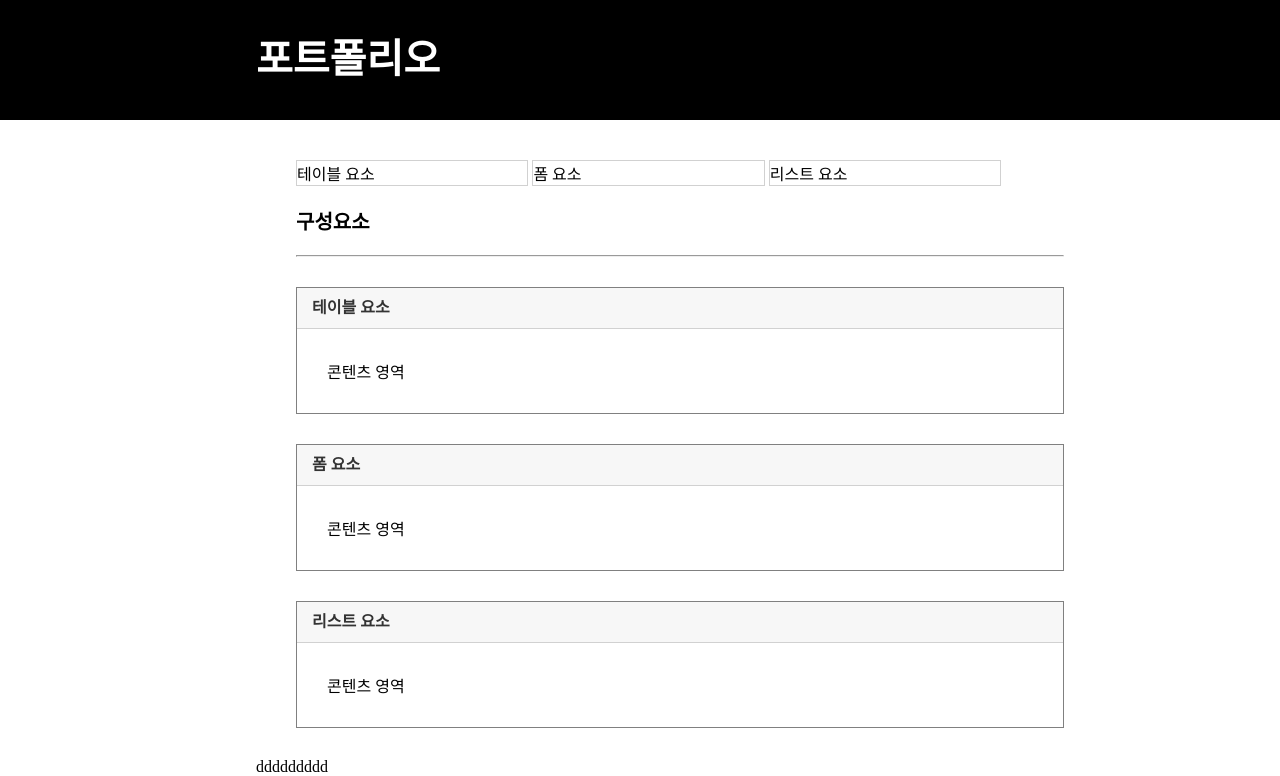
Repository: ItChoi/CSS-Study
Page: Css/WebContent/html/boostcourse/project-A1/portfolio.html
These files come from the project's save history. The page is drawn as it stood at one moment and after a run of saves; the edit follows.
The browser window is 1280 px wide. The pictures show the whole page.

Above is the page before, as saved 2019-06-18 10:57:20.

### Css/WebContent/html/boostcourse/project-A1/portfolio.html
<!DOCTYPE html>
<html>
<head>
	<link href="../../../css/boostcourse/project-A1/portfolio.css" rel="stylesheet" type="text/css">

</head>
<body>
	<div class="wrap">

		<div class="header">

		</div>

		<div class="content">

			<div class="con_header">
				<p class="title">포트폴리오</p>
			</div>

			<div class="con_content">

				<div class="button_list">
					<ul>
						<li class="button_elements">테이블 요소</li>
						<li class="button_elements">폼 요소</li>
						<li class="button_elements">리스트 요소</li>
					</ul>
				</div>

				<div class="element">
					<p class="element_title">구성요소</p>
					<hr/>

					<div class="elements_box">
						<div class="e_table ele">
							<div class="ele_title">
								<p class="ele_text">테이블 요소</p>
							</div>
							<div class="ele_content">
								콘텐츠 영역
							</div>
						</div>

						<div class="e_form ele">
							<div class="ele_title">
								<p class="ele_text">폼 요소</p>
							</div>
							<div class="ele_content">
								콘텐츠 영역
							</div>
						</div>

						<div class="e_list ele">
							<div class="ele_title">
								<p class="ele_text">리스트 요소</p>
							</div>
							<div class="ele_content">
								콘텐츠 영역
							</div>
						</div>

					</div>

				</div>

			</div>

			<div class="footer">
			ddddddddd
			</div>
		</div>



	</div>

</body>
</html>

### Css/WebContent/css/boostcourse/project-A1/portfolio.css
html, body, .wrap {
	margin: 0px;
	padding: 0px;
}

.header {
	width: 100%;
	height: 120px;
	background: #000;

	position: relative;
}

.content {
	position: absolute;
	top: 0;
	left: 20%;
	right: 20%;
}


.con_header {
	height: 120px;
}

.title {
	margin: 0px;
	color: #fff;
	font-size: 40px;
	font-weight: bold;
	line-height: 120px;
}

.con_content {
	width: 100%;
	padding-left: 40px;
	padding-right: 40px;
}

ul {
	margin: 0px;
	padding: 0px;
	margin-top: 40px;
	list-style: none;
}

.button_elements {
	display: inline-block;
	border:  1px solid #d1d1d1;
	width: 30%;
}

.button_elements:HOVER {
	background-color: #454545;
	font-weight: bold;
}

.element_title {
	font-size: 20px;
	color: #000;
	font-weight: bold;
}

hr {
/* 	border: 1px solid #454545; */
}

.elements_box {
	margin-top: 30px;
}

.ele {
	margin-bottom: 30px;
	border: 1px solid gray;
}

.ele_title {
	background-color: #f7f7f7;
	border-bottom: 1px solid #d1d1d1;
	height: 40px;
}

.ele_text {
	margin: 0px;
	margin-left: 15px;
	color: #333;
	font-size: 16px;
	font-weight: bold;
	line-height: 40px;
}

.ele_content {
	margin: 30px;
}

After the next 2 saves:
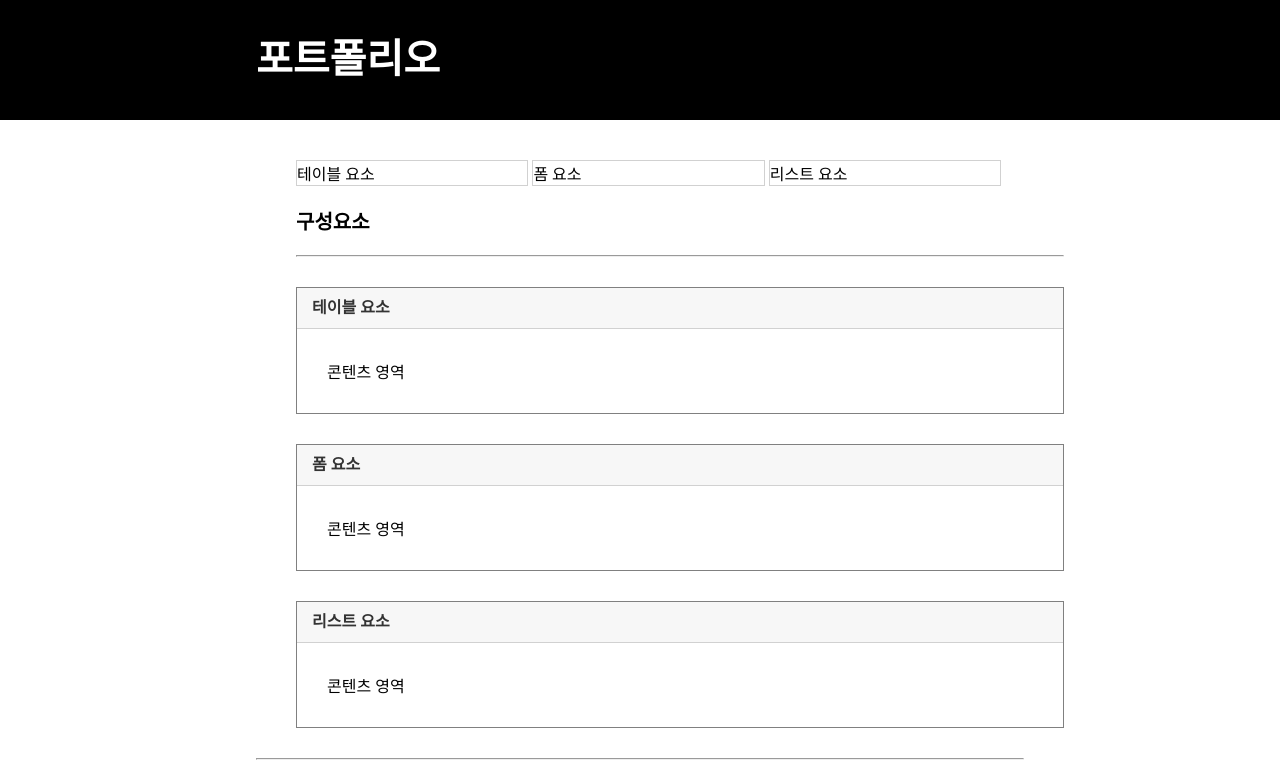
The 2 saves are shown as one change because they came seconds apart.
The last was saved 21 s later.
--- a/Css/WebContent/html/boostcourse/project-A1/portfolio.html
+++ b/Css/WebContent/html/boostcourse/project-A1/portfolio.html
@@ -66,7 +66,8 @@
 			</div>
 
 			<div class="footer">
-			ddddddddd
+			<hr/>
+
 			</div>
 		</div>
 
